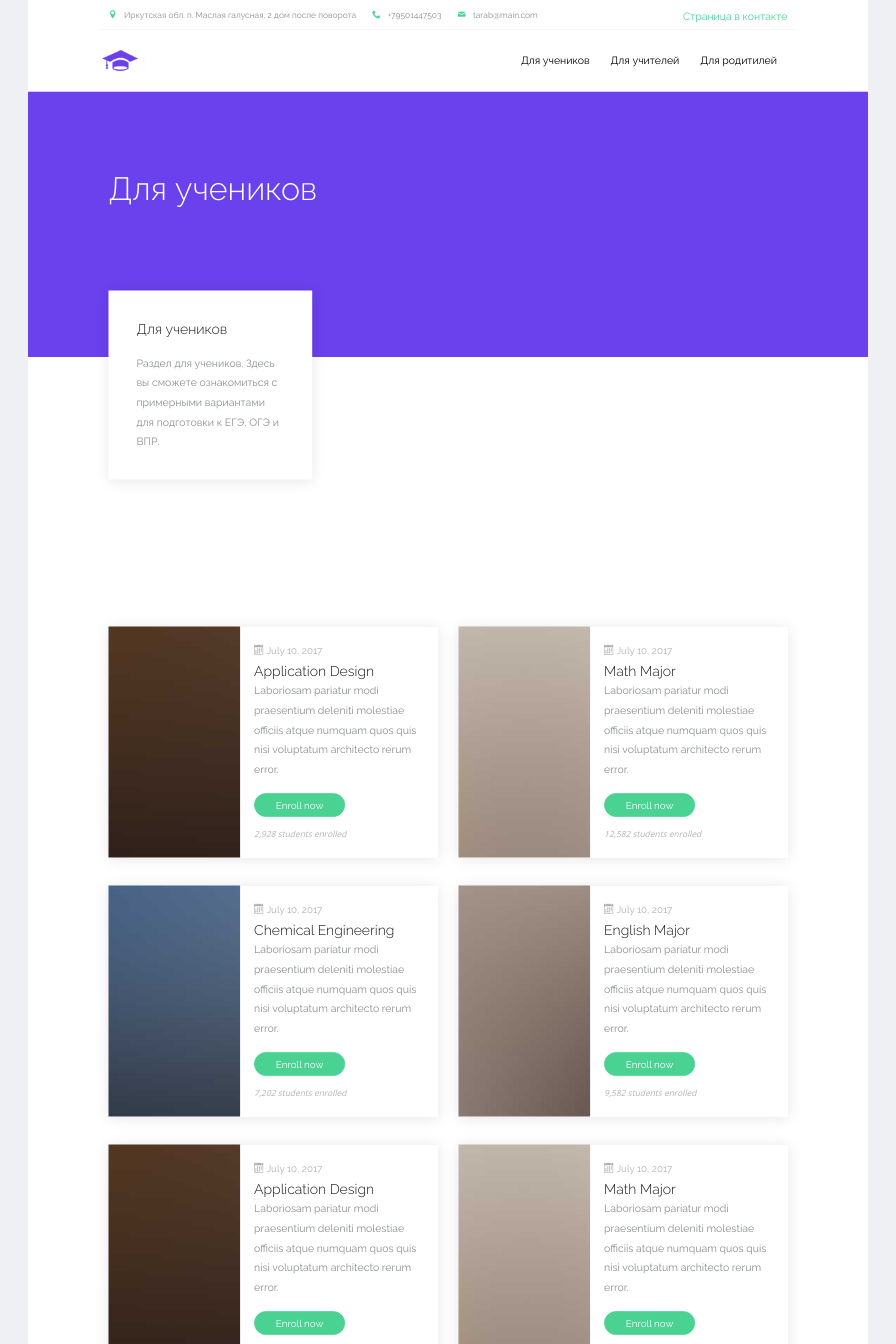
Repository: tarabrin-aleksander/tarabrin-aleksander
Page: pupil.html
An editor plug-in stored every save of this project. The page is shown before and after the next save, followed by the edit.
The browser window is 1280 px wide. The pictures show the part of the page from y = 0 to 1920 px (the page is 4044 px tall before and 3975 px after), at 70% of full size.

Above is the page before, as saved 2020-01-24 14:43:32.

### pupil.html
<!DOCTYPE html>
<html lang="en">
  <head>
    <meta charset="utf-8">
    <meta name="viewport" content="width=device-width, initial-scale=1">
    <title>Сайт учителя истории и обществознания Тарабрина Александра Валерьевича</title>
    <meta name="description" content="Сайт учителя истории и обществознания Тарабрина Александра Валерьевича">
    <meta name="keywords" content="free website templates, free bootstrap themes, free template, free bootstrap, free website template">

    <link href="https://fonts.googleapis.com/css?family=Raleway:300,400,500,700|Open+Sans" rel="stylesheet">
    <link rel="stylesheet" href="css/styles-merged.css">
    <link rel="stylesheet" href="css/style.css">
    <link rel="stylesheet" href="css/custom.css">

    <!--[if lt IE 9]>
      <script src="js/vendor/html5shiv.min.js"></script>
      <script src="js/vendor/respond.min.js"></script>
    <![endif]-->
  </head>
  <body>

    <div class="probootstrap-page-wrapper">
      <!-- Fixed navbar -->

      <div class="probootstrap-header-top">
        <div class="container">
          <div class="row">
            <div class="col-lg-9 col-md-9 col-sm-9 probootstrap-top-quick-contact-info">
              <span><i class="icon-location2"></i>Иркутская обл. п. Маслая галусная, 2 дом после поворота</span>
              <span><i class="icon-phone2"></i>+79501447503</span>
              <span><i class="icon-mail"></i>tarab@main.com</span>
            </div>
            <div class="col-lg-3 col-md-3 col-sm-3 probootstrap-top-social">
              <ul>
                <li><a href="https://vk.com/rrrtarab">Страница в контакте</a></li>
              </ul>
            </div>
          </div>
        </div>
      </div>
      <nav class="navbar navbar-default probootstrap-navbar">
        <div class="container">
          <div class="navbar-header">
            <div class="btn-more js-btn-more visible-xs">
              <a href="#"><i class="icon-dots-three-vertical "></i></a>
            </div>
            <button type="button" class="navbar-toggle collapsed" data-toggle="collapse" data-target="#navbar-collapse" aria-expanded="false" aria-controls="navbar">
              <span class="sr-only">Toggle navigation</span>
              <span class="icon-bar"></span>
              <span class="icon-bar"></span>
              <span class="icon-bar"></span>
            </button>
            <a class="navbar-brand" href="index.html" title="Сайт учителя истории и обществознания Тарабрина Александра Валерьевича">Сайт учителя истории и обществознания Тарабрина Александра Валерьевича</a>
          </div>

          <div id="navbar-collapse" class="navbar-collapse collapse">
            <ul class="nav navbar-nav navbar-right">
              <li><a href="pupil.html">Для учеников</a></li>
              <li><a href="teachers.html">Для учителей</a></li>
              <li><a href="parent.html">Для родитилей</a></li>
            </ul>
          </div>
        </div>
      </nav>

      <section class="probootstrap-section probootstrap-section-colored">
        <div class="container">
          <div class="row">
            <div class="col-md-12 text-left section-heading probootstrap-animate">
              <h1>Для учеников</h1>
            </div>
          </div>
        </div>
      </section>

      <section class="probootstrap-section">
        <div class="container">
          <div class="row">
            <div class="col-md-12">
              <div class="probootstrap-flex-block">
                <div class="probootstrap-text probootstrap-animate">
                  <h3>Для учеников</h3>
                  <p>Раздел для учеников. Здесь вы сможете ознакомиться с примерными вариантами для подготовки к ЕГЭ, ОГЭ и ВПР.</p>
                </div>
              </div>
            </div>
          </div>
        </div>
      </section>

      <section class="probootstrap-section">
        <div class="container">
          <div class="row">
            <div class="col-md-6">
              <div class="probootstrap-service-2 probootstrap-animate">
                <div class="image">
                  <div class="image-bg">
                    <img src="img/img_sm_1.jpg" alt="Free Bootstrap Template by uicookies.com">
                  </div>
                </div>
                <div class="text">
                  <span class="probootstrap-meta"><i class="icon-calendar2"></i> July 10, 2017</span>
                  <h3>Application Design</h3>
                  <p>Laboriosam pariatur modi praesentium deleniti molestiae officiis atque numquam quos quis nisi voluptatum architecto rerum error.</p>
                  <p><a href="#" class="btn btn-primary">Enroll now</a> <span class="enrolled-count">2,928 students enrolled</span></p>
                </div>
              </div>

              <div class="probootstrap-service-2 probootstrap-animate">
                <div class="image">
                  <div class="image-bg">
                    <img src="img/img_sm_3.jpg" alt="Free Bootstrap Template by uicookies.com">
                  </div>
                </div>
                <div class="text">
                  <span class="probootstrap-meta"><i class="icon-calendar2"></i> July 10, 2017</span>
                  <h3>Chemical Engineering</h3>
                  <p>Laboriosam pariatur modi praesentium deleniti molestiae officiis atque numquam quos quis nisi voluptatum architecto rerum error.</p>
                  <p><a href="#" class="btn btn-primary">Enroll now</a> <span class="enrolled-count">7,202 students enrolled</span></p>
                </div>
              </div>

            </div>
            <div class="col-md-6">
              <div class="probootstrap-service-2 probootstrap-animate">
                <div class="image">
                  <div class="image-bg">
                    <img src="img/img_sm_2.jpg" alt="Free Bootstrap Template by uicookies.com">
                  </div>
                </div>
                <div class="text">
                  <span class="probootstrap-meta"><i class="icon-calendar2"></i> July 10, 2017</span>
                  <h3>Math Major</h3>
                  <p>Laboriosam pariatur modi praesentium deleniti molestiae officiis atque numquam quos quis nisi voluptatum architecto rerum error.</p>
                  <p><a href="#" class="btn btn-primary">Enroll now</a> <span class="enrolled-count">12,582 students enrolled</span></p>
                </div>
              </div>

              <div class="probootstrap-service-2 probootstrap-animate">
                <div class="image">
                  <div class="image-bg">
                    <img src="img/img_sm_4.jpg" alt="Free Bootstrap Template by uicookies.com">
                  </div>
                </div>
                <div class="text">
                  <span class="probootstrap-meta"><i class="icon-calendar2"></i> July 10, 2017</span>
                  <h3>English Major</h3>
                  <p>Laboriosam pariatur modi praesentium deleniti molestiae officiis atque numquam quos quis nisi voluptatum architecto rerum error.</p>
                  <p><a href="#" class="btn btn-primary">Enroll now</a> <span class="enrolled-count">9,582 students enrolled</span></p>
                </div>
              </div>

            </div>
          </div>

          <div class="row">
            <div class="col-md-6">
              <div class="probootstrap-service-2 probootstrap-animate">
                <div class="image">
                  <div class="image-bg">
                    <img src="img/img_sm_1.jpg" alt="Free Bootstrap Template by uicookies.com">
                  </div>
                </div>
                <div class="text">
                  <span class="probootstrap-meta"><i class="icon-calendar2"></i> July 10, 2017</span>
                  <h3>Application Design</h3>
                  <p>Laboriosam pariatur modi praesentium deleniti molestiae officiis atque numquam quos quis nisi voluptatum architecto rerum error.</p>
                  <p><a href="#" class="btn btn-primary">Enroll now</a> <span class="enrolled-count">2,928 students enrolled</span></p>
                </div>
              </div>

              <div class="probootstrap-service-2 probootstrap-animate">
                <div class="image">
                  <div class="image-bg">
                    <img src="img/img_sm_3.jpg" alt="Free Bootstrap Template by uicookies.com">
                  </div>
                </div>
                <div class="text">
                  <span class="probootstrap-meta"><i class="icon-calendar2"></i> July 10, 2017</span>
                  <h3>Chemical Engineering</h3>
                  <p>Laboriosam pariatur modi praesentium deleniti molestiae officiis atque numquam quos quis nisi voluptatum architecto rerum error.</p>
                  <p><a href="#" class="btn btn-primary">Enroll now</a> <span class="enrolled-count">7,202 students enrolled</span></p>
                </div>
              </div>

            </div>
            <div class="col-md-6">
              <div class="probootstrap-service-2 probootstrap-animate">
                <div class="image">
                  <div class="image-bg">
                    <img src="img/img_sm_2.jpg" alt="Free Bootstrap Template by uicookies.com">
                  </div>
                </div>
                <div class="text">
                  <span class="probootstrap-meta"><i class="icon-calendar2"></i> July 10, 2017</span>
                  <h3>Math Major</h3>
                  <p>Laboriosam pariatur modi praesentium deleniti molestiae officiis atque numquam quos quis nisi voluptatum architecto rerum error.</p>
                  <p><a href="#" class="btn btn-primary">Enroll now</a> <span class="enrolled-count">12,582 students enrolled</span></p>
                </div>
              </div>

              <div class="probootstrap-service-2 probootstrap-animate">
                <div class="image">
                  <div class="image-bg">
                    <img src="img/img_sm_4.jpg" alt="Free Bootstrap Template by uicookies.com">
                  </div>
                </div>
                <div class="text">
                  <span class="probootstrap-meta"><i class="icon-calendar2"></i> July 10, 2017</span>
                  <h3>English Major</h3>
                  <p>Laboriosam pariatur modi praesentium deleniti molestiae officiis atque numquam quos quis nisi voluptatum architecto rerum error.</p>
                  <p><a href="#" class="btn btn-primary">Enroll now</a> <span class="enrolled-count">9,582 students enrolled</span></p>
                </div>
              </div>

            </div>
          </div>
        </div>
      </section>



      <section class="probootstrap-section">
        <div class="container">
          <div class="row">
            <div class="col-md-6 col-md-offset-3 text-center section-heading probootstrap-animate">
              <h2>Meet Our Qualified Teachers</h2>
              <p class="lead">Sed a repudiandae impedit voluptate nam Deleniti dignissimos perspiciatis nostrum porro nesciunt</p>
            </div>
          </div>
          <!-- END row -->

          <div class="row">
            <div class="col-md-3 col-sm-6">
              <div class="probootstrap-teacher text-center probootstrap-animate">
                <figure class="media">
                  <img src="img/person_1.jpg" alt="Free Bootstrap Template by uicookies.com" class="img-responsive">
                </figure>
                <div class="text">
                  <h3>Chris Worth</h3>
                  <p>Physical Education</p>
                  <ul class="probootstrap-footer-social">
                    <li class="twitter"><a href="#"><i class="icon-twitter"></i></a></li>
                    <li class="facebook"><a href="#"><i class="icon-facebook2"></i></a></li>
                    <li class="instagram"><a href="#"><i class="icon-instagram2"></i></a></li>
                    <li class="google-plus"><a href="#"><i class="icon-google-plus"></i></a></li>
                  </ul>
                </div>
              </div>
            </div>
            <div class="col-md-3 col-sm-6">
              <div class="probootstrap-teacher text-center probootstrap-animate">
                <figure class="media">
                  <img src="img/person_5.jpg" alt="Free Bootstrap Template by uicookies.com" class="img-responsive">
                </figure>
                <div class="text">
                  <h3>Janet Morris</h3>
                  <p>English Teacher</p>
                  <ul class="probootstrap-footer-social">
                    <li class="twitter"><a href="#"><i class="icon-twitter"></i></a></li>
                    <li class="facebook"><a href="#"><i class="icon-facebook2"></i></a></li>
                    <li class="instagram"><a href="#"><i class="icon-instagram2"></i></a></li>
                    <li class="google-plus"><a href="#"><i class="icon-google-plus"></i></a></li>
                  </ul>
                </div>
              </div>
            </div>
            <div class="clearfix visible-sm-block visible-xs-block"></div>
            <div class="col-md-3 col-sm-6">
              <div class="probootstrap-teacher text-center probootstrap-animate">
                <figure class="media">
                  <img src="img/person_6.jpg" alt="Free Bootstrap Template by uicookies.com" class="img-responsive">
                </figure>
                <div class="text">
                  <h3>Linda Reyez</h3>
                  <p>Math Teacher</p>
                  <ul class="probootstrap-footer-social">
                    <li class="twitter"><a href="#"><i class="icon-twitter"></i></a></li>
                    <li class="facebook"><a href="#"><i class="icon-facebook2"></i></a></li>
                    <li class="instagram"><a href="#"><i class="icon-instagram2"></i></a></li>
                    <li class="google-plus"><a href="#"><i class="icon-google-plus"></i></a></li>
                  </ul>
                </div>
              </div>
            </div>
            <div class="col-md-3 col-sm-6">
              <div class="probootstrap-teacher text-center probootstrap-animate">
                <figure class="media">
                  <img src="img/person_7.jpg" alt="Free Bootstrap Template by uicookies.com" class="img-responsive">
                </figure>
                <div class="text">
                  <h3>Jessa Sy</h3>
                  <p>Physics Teacher</p>
                  <ul class="probootstrap-footer-social">
                    <li class="twitter"><a href="#"><i class="icon-twitter"></i></a></li>
                    <li class="facebook"><a href="#"><i class="icon-facebook2"></i></a></li>
                    <li class="instagram"><a href="#"><i class="icon-instagram2"></i></a></li>
                    <li class="google-plus"><a href="#"><i class="icon-google-plus"></i></a></li>
                  </ul>
                </div>
              </div>
            </div>
          </div>

        </div>
      </section>

      <section class="probootstrap-cta">
        <div class="container">
          <div class="row">
            <div class="col-md-12">
              <h2 class="probootstrap-animate" data-animate-effect="fadeInRight">Get your admission now!</h2>
              <a href="#" role="button" class="btn btn-primary btn-lg btn-ghost probootstrap-animate" data-animate-effect="fadeInLeft">Enroll</a>
            </div>
          </div>
        </div>
      </section>
      <footer class="probootstrap-footer probootstrap-bg">
        <div class="container">
          <div class="row">
            <div class="col-md-4">
              <div class="probootstrap-footer-widget">
                <h3>About The School</h3>
                <p>Lorem ipsum dolor sit amet consectetur adipisicing elit. Porro provident suscipit natus a cupiditate ab minus illum quaerat maxime inventore Ea consequatur consectetur hic provident dolor ab aliquam eveniet alias</p>
                <h3>Social</h3>
                <ul class="probootstrap-footer-social">
                  <li><a href="#"><i class="icon-twitter"></i></a></li>
                  <li><a href="#"><i class="icon-facebook"></i></a></li>
                  <li><a href="#"><i class="icon-github"></i></a></li>
                  <li><a href="#"><i class="icon-dribbble"></i></a></li>
                  <li><a href="#"><i class="icon-linkedin"></i></a></li>
                  <li><a href="#"><i class="icon-youtube"></i></a></li>
                </ul>
              </div>
            </div>
            <div class="col-md-3 col-md-push-1">
              <div class="probootstrap-footer-widget">
                <h3>Links</h3>
                <ul>
                  <li><a href="#">Home</a></li>
                  <li><a href="#">Courses</a></li>
                  <li><a href="#">Teachers</a></li>
                  <li><a href="#">News</a></li>
                  <li><a href="#">Contact</a></li>
                </ul>
              </div>
            </div>
            <div class="col-md-4">
              <div class="probootstrap-footer-widget">
                <h3>Contact Info</h3>
                <ul class="probootstrap-contact-info">
                  <li><i class="icon-location2"></i> <span>198 West 21th Street, Suite 721 New York NY 10016</span></li>
                  <li><i class="icon-mail"></i><span>info@domain.com</span></li>
                  <li><i class="icon-phone2"></i><span>+123 456 7890</span></li>
                </ul>
              </div>
            </div>

          </div>
          <!-- END row -->

        </div>

        <div class="probootstrap-copyright">
          <div class="container">
            <div class="row">
              <div class="col-md-8 text-left">
                <p>&copy; 2017 <a href="https://uicookies.com/">uiCookies:Enlight</a>. All Rights Reserved. Designed &amp; Developed with <i class="icon icon-heart"></i> by <a href="https://uicookies.com/">uicookies.com</a></p>
              </div>
              <div class="col-md-4 probootstrap-back-to-top">
                <p><a href="#" class="js-backtotop">Back to top <i class="icon-arrow-long-up"></i></a></p>
              </div>
            </div>
          </div>
        </div>
      </footer>

    </div>
    <!-- END wrapper -->


    <script src="js/scripts.min.js"></script>
    <script src="js/main.min.js"></script>
    <script src="js/custom.js"></script>

  </body>
</html>

Loaded but not shown: css/styles-merged.css (library); css/custom.css (common file); js/scripts.min.js (library); js/main.min.js (library); js/custom.js (common file); css/style.css (3100 lines, source omitted)

After the next save:
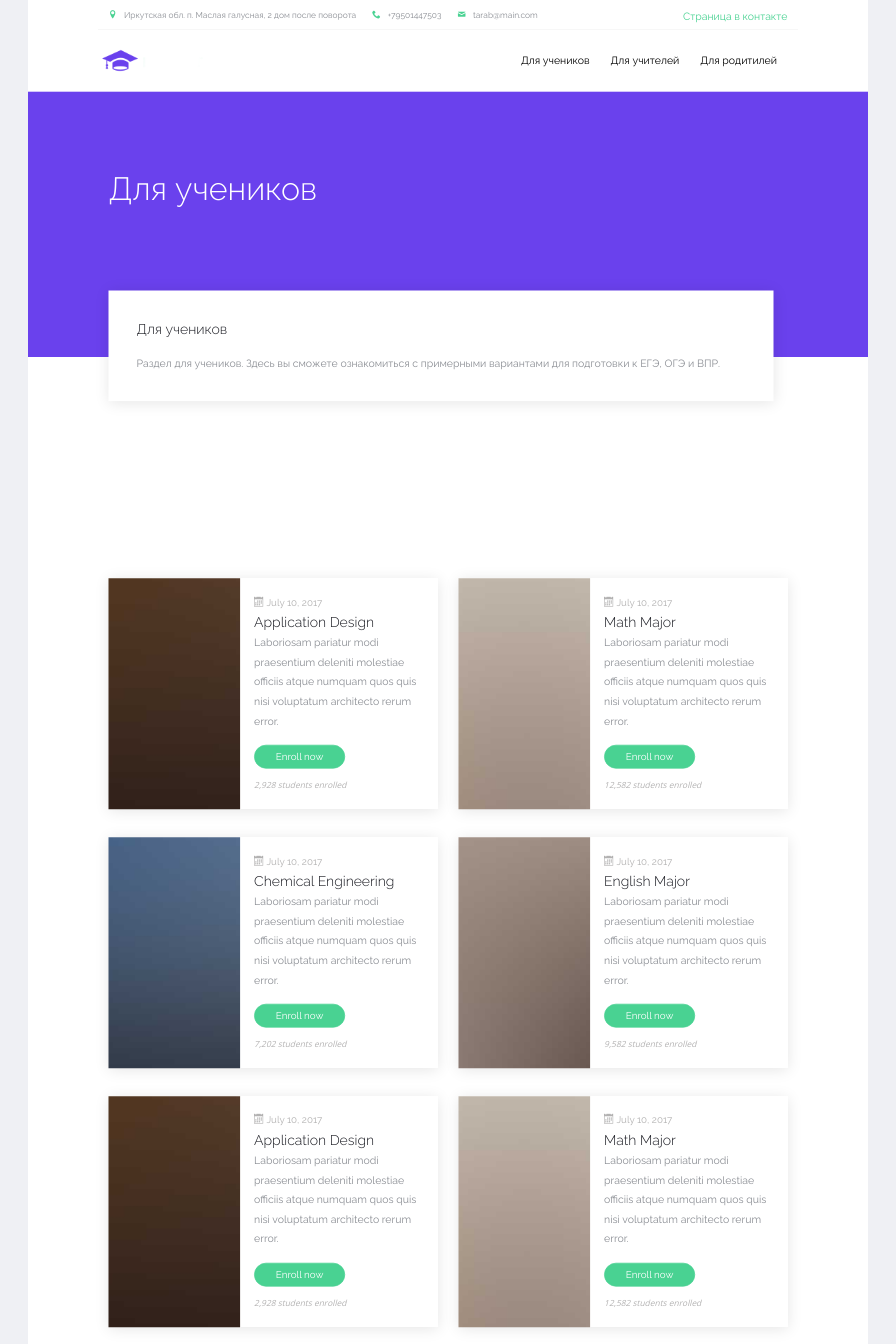
Saved 58 s later.
--- a/pupil.html
+++ b/pupil.html
@@ -78,7 +78,7 @@
           <div class="row">
             <div class="col-md-12">
               <div class="probootstrap-flex-block">
-                <div class="probootstrap-text probootstrap-animate">
+                <div class="probootstrap-text probootstrap-animate" style="width: 100%;">
                   <h3>Для учеников</h3>
                   <p>Раздел для учеников. Здесь вы сможете ознакомиться с примерными вариантами для подготовки к ЕГЭ, ОГЭ и ВПР.</p>
                 </div>
